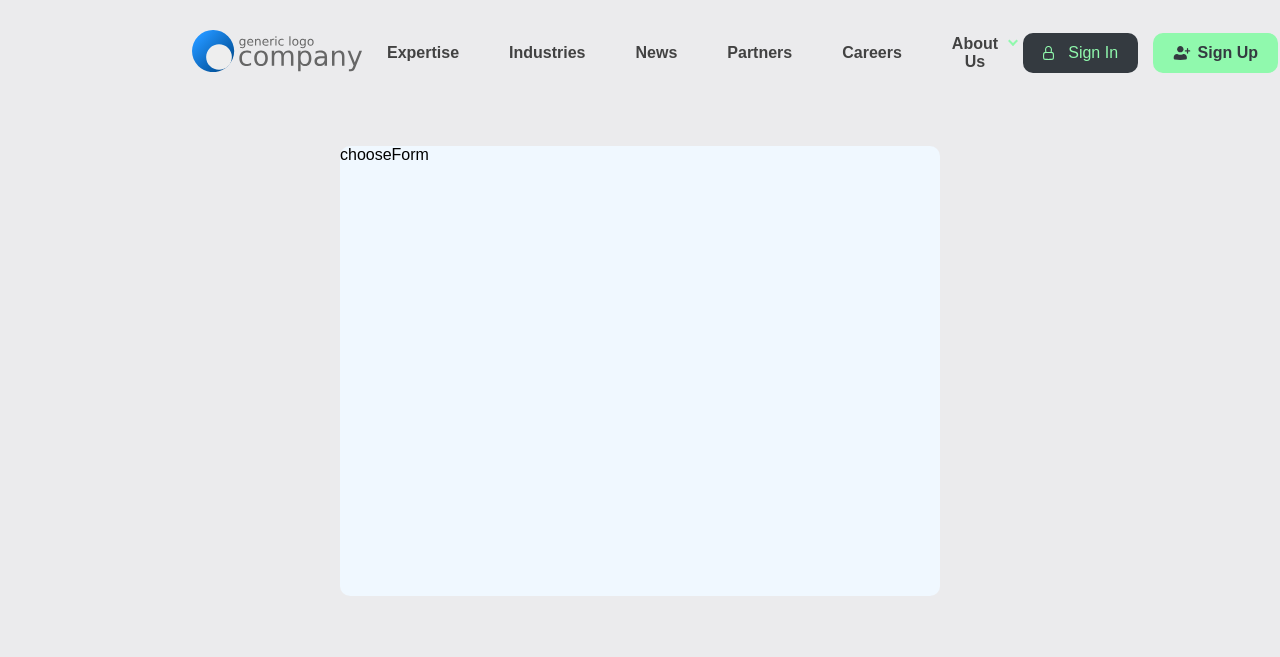
Repository: Andriy-Ma/widgetTask
Page: /
An editor plug-in stored every save of this project. The page is shown before and after the next save, followed by the edit.
The browser window is 1280 px wide. The pictures show the whole page.
Some web fonts or font styles are not loaded; a fallback is used. The project was rebuilt for these pictures with package versions that can differ from the ones it lists, and the page was loaded fresh each time.

Above is the page before, as saved 2022-08-29 18:43:36.

### public/index.html
<!DOCTYPE html>
<html lang="en">
  <head>
    <meta charset="utf-8" />
    <link rel="icon" href="%PUBLIC_URL%/favicon.ico" />
    <link rel="stylesheet" href="https://use.typekit.net/clw7fgu.css">
    <meta name="viewport" content="width=device-width, initial-scale=1" />
    <meta name="theme-color" content="#000000" />
    <meta
      name="description"
      content="Web site created using create-react-app"
    />
    <link rel="apple-touch-icon" href="%PUBLIC_URL%/logo192.png" />
    <!--
      manifest.json provides metadata used when your web app is installed on a
      user's mobile device or desktop. See https://developers.google.com/web/fundamentals/web-app-manifest/
    -->
    <link rel="manifest" href="%PUBLIC_URL%/manifest.json" />
    <!--
      Notice the use of %PUBLIC_URL% in the tags above.
      It will be replaced with the URL of the `public` folder during the build.
      Only files inside the `public` folder can be referenced from the HTML.

      Unlike "/favicon.ico" or "favicon.ico", "%PUBLIC_URL%/favicon.ico" will
      work correctly both with client-side routing and a non-root public URL.
      Learn how to configure a non-root public URL by running `npm run build`.
    -->
    <title>React App</title>
  </head>
  <body>
    <noscript>You need to enable JavaScript to run this app.</noscript>
    <div id="root"></div>
    <!--
      This HTML file is a template.
      If you open it directly in the browser, you will see an empty page.

      You can add webfonts, meta tags, or analytics to this file.
      The build step will place the bundled scripts into the <body> tag.

      To begin the development, run `npm start` or `yarn start`.
      To create a production bundle, use `npm run build` or `yarn build`.
    -->
  </body>
</html>

### src/index.css
* {
  box-sizing: border-box;
  margin: 0;
  padding: 0;
}
body {
  font-family: 'Poppins', sans-serif;
  background-color: #ebebed;
  -webkit-font-smoothing: antialiased;
  -moz-osx-font-smoothing: grayscale;
}

### src/App.js
import React from 'react';
import styles from './App.module.css';
import Header from './components/Header/header';
import MainBlock from './components/Main/main';

function App() {
  return (
    <div className={styles.container}>
      <Header/>
      <MainBlock/>
    </div>
  );
}

export default App;

### src/App.module.css
.container {
    display: block;
    align-items: center;
    justify-content: center;
    padding-left: 15%;
    padding-right: 15%;
}

### src/components/Header/header.jsx
import React from 'react';
import Icon from './logo-generic';
import {ReactComponent as Lock} from './lock.svg';
import {ReactComponent as SignUp} from './signup.svg';
import styles from './header.module.css';

function Header() {
  return (
    <div className={styles.header}>
        <div className={styles.logo}>
          <a href="#home">
            <Icon/>
          </a>
        </div>
        <div className={styles.middleOfHeader}>
          <a href="#expertise">Expertise</a>
          <a href="#industries">Industries</a>
          <a href="#news">News</a>
          <a href="#partners">Partners</a>
          <a href="#careers">Careers</a>
          <a href="#aboutus" className={styles.aboutUs}>About Us</a>
        </div>
        <div className={styles.buttonsHeader}>
          <div className={styles.signin}>
            <Lock/>
            <p>Sign In</p>
          </div>
          <div className={styles.signup}>
            <SignUp/>
            <p>Sign Up</p>
          </div>
        </div>
    </div>
  )
}

export default Header;

### src/components/Main/main.jsx
import React from 'react';
import ChooseForm from './ChooseForm/chooseForm';
import styles from './main.module.css';

function MainBlock() {
  return (
    <div className={styles.container}>
        <ChooseForm/>
    </div>
  )
}

export default MainBlock;

### src/components/Header/logo-generic.jsx
import React from "react";

function Icon() {
  return (
    <svg
      xmlns="http://www.w3.org/2000/svg"
      version="1.1"
      viewBox="0 0 1425.8 353.74"
    >
      <defs>
        <linearGradient
          id="linearGradient5311"
          x1="-467.57"
          x2="-469.87"
          y1="-68.973"
          y2="488.43"
          gradientUnits="userSpaceOnUse"
        >
          <stop offset="0" stopColor="#2294fe"></stop>
          <stop offset="1" stopColor="#014f96"></stop>
        </linearGradient>
      </defs>
      <g transform="translate(364.43 8.482)">
        <g>
          <g fill="#666" transform="translate(-14.426 -21.336)">
            <path d="M145.49 192.37v19.095c-5.773-3.182-11.583-5.55-17.43-7.105a64.331 64.331 0 00-17.541-2.443c-13.248 0-23.536 4.22-30.863 12.657-7.327 8.363-10.991 20.13-10.991 35.304 0 15.172 3.663 26.977 10.991 35.415 7.327 8.363 17.615 12.545 30.863 12.545 5.92 0 11.768-.778 17.541-2.332 5.847-1.628 11.657-4.033 17.43-7.216v18.873a83.693 83.693 0 01-17.763 5.995c-6.07 1.332-12.545 1.998-19.428 1.998-18.725 0-33.601-5.884-44.629-17.652s-16.542-27.643-16.542-47.627c0-20.279 5.55-36.229 16.653-47.849 11.176-11.62 26.459-17.43 45.85-17.43 6.29 0 12.434.666 18.429 1.999a81.647 81.647 0 0117.43 5.772"></path>
            <path d="M228.98 201.92c-10.954 0-19.613 4.293-25.978 12.878-6.365 8.511-9.548 20.205-9.548 35.082 0 14.876 3.146 26.607 9.437 35.193 6.365 8.511 15.061 12.767 26.089 12.767 10.88 0 19.502-4.293 25.867-12.878 6.365-8.585 9.547-20.279 9.547-35.082 0-14.728-3.182-26.385-9.547-34.971-6.365-8.66-14.987-12.989-25.867-12.989m0-17.319c17.763 0 31.714 5.773 41.854 17.319s15.209 27.532 15.209 47.96c0 20.353-5.07 36.34-15.209 47.96-10.14 11.546-24.091 17.319-41.854 17.319-17.837 0-31.825-5.773-41.965-17.319-10.066-11.62-15.098-27.606-15.098-47.96 0-20.427 5.033-36.414 15.098-47.96 10.14-11.546 24.128-17.319 41.965-17.319"></path>
            <path d="M416.6 211.46c5.107-9.177 11.213-15.949 18.318-20.316 7.105-4.367 15.468-6.55 25.09-6.55 12.952 0 22.943 4.552 29.975 13.655 7.03 9.03 10.546 21.908 10.547 38.634v75.048h-20.538v-74.382c0-11.916-2.11-20.76-6.328-26.533-4.219-5.773-10.658-8.66-19.317-8.66-10.584 0-18.947 3.516-25.09 10.548-6.143 7.03-9.215 16.616-9.214 28.754v70.274h-20.538V237.55c0-11.99-2.11-20.834-6.328-26.533-4.22-5.773-10.732-8.66-19.54-8.66-10.435 0-18.724 3.553-24.867 10.658-6.143 7.031-9.215 16.58-9.215 28.643v70.274h-20.538v-124.34h20.538v19.317c4.663-7.623 10.251-13.248 16.764-16.875 6.513-3.626 14.247-5.44 23.203-5.44 9.03 0 16.69 2.295 22.981 6.883 6.365 4.59 11.065 11.25 14.099 19.983"></path>
            <path d="M560.7 293.28v65.945h-20.538v-171.63H560.7v18.873c4.293-7.401 9.695-12.878 16.209-16.431 6.587-3.627 14.432-5.44 23.536-5.44 15.098 0 27.347 5.995 36.747 17.985 9.473 11.99 14.21 27.755 14.21 47.294 0 19.54-4.737 35.304-14.21 47.294-9.4 11.99-21.649 17.985-36.747 17.985-9.104 0-16.949-1.776-23.536-5.329-6.513-3.626-11.916-9.14-16.209-16.542m69.497-43.408c0-15.024-3.109-26.792-9.326-35.304-6.143-8.585-14.617-12.878-25.423-12.878-10.806 0-19.317 4.293-25.534 12.878-6.143 8.512-9.214 20.28-9.214 35.304 0 15.024 3.071 26.83 9.214 35.415 6.217 8.512 14.728 12.767 25.534 12.767s19.28-4.255 25.423-12.767c6.217-8.585 9.326-20.39 9.326-35.415"></path>
            <path d="M741.77 249.43c-16.505 0-27.94 1.887-34.304 5.662-6.365 3.775-9.548 10.214-9.547 19.317 0 7.253 2.368 13.026 7.105 17.319 4.81 4.219 11.324 6.328 19.539 6.328 11.324 0 20.39-3.997 27.199-11.99 6.883-8.067 10.325-18.762 10.325-32.084v-4.552H741.77m40.744-8.437v70.94h-20.427V293.06c-4.663 7.549-10.473 13.137-17.43 16.764-6.958 3.552-15.47 5.329-25.534 5.329-12.73 0-22.87-3.553-30.42-10.658-7.475-7.18-11.212-16.764-11.212-28.754 0-13.988 4.662-24.535 13.988-31.64 9.4-7.106 23.388-10.658 41.965-10.658h28.643v-1.999c0-9.4-3.109-16.653-9.326-21.759-6.143-5.18-14.802-7.77-25.978-7.77-7.105 0-14.025.85-20.76 2.552-6.735 1.703-13.21 4.256-19.428 7.66v-18.872c7.475-2.887 14.728-5.033 21.76-6.44 7.03-1.48 13.876-2.22 20.537-2.22 17.985 0 31.418 4.663 40.3 13.988 8.88 9.326 13.321 23.462 13.321 42.41"></path>
            <path d="M928.5 236.89v75.048h-20.427v-74.382c0-11.768-2.295-20.575-6.883-26.422-4.589-5.847-11.472-8.77-20.65-8.77-11.027 0-19.723 3.515-26.088 10.547-6.365 7.03-9.548 16.616-9.548 28.754v70.274h-20.538v-124.34h20.538v19.317c4.885-7.476 10.621-13.063 17.208-16.764 6.661-3.7 14.321-5.551 22.981-5.551 14.284 0 25.09 4.44 32.417 13.322 7.327 8.807 10.991 21.797 10.991 38.967"></path>
            <path d="M1021.2 323.48c-5.773 14.802-11.398 24.461-16.875 28.976-5.477 4.515-12.804 6.772-21.981 6.772h-16.32v-17.097h11.99c5.625 0 9.992-1.332 13.1-3.996s6.55-8.956 10.325-18.873l3.664-9.326-50.291-122.34h21.648l38.856 97.252 38.856-97.252h21.648l-54.621 135.89"></path>
          </g>
          <g fill="#666" transform="translate(-416.34 -21.336)">
            <path d="M489.95 115.06c0-6.675-1.385-11.848-4.155-15.519-2.737-3.671-6.592-5.507-11.564-5.507-4.94 0-8.794 1.836-11.564 5.507-2.737 3.671-4.105 8.844-4.105 15.519 0 6.642 1.368 11.798 4.105 15.469 2.77 3.671 6.625 5.507 11.564 5.507 4.973 0 8.827-1.836 11.564-5.507 2.77-3.671 4.155-8.828 4.155-15.469m9.211 21.727c0 9.545-2.119 16.637-6.357 21.276-4.24 4.672-10.73 7.009-19.474 7.009-3.238 0-6.292-.25-9.162-.751a44.69 44.69 0 01-8.36-2.203v-8.961c2.703 1.468 5.373 2.553 8.01 3.254 2.636.7 5.323 1.051 8.06 1.051 6.04 0 10.563-1.585 13.567-4.756 3.004-3.137 4.505-7.893 4.505-14.268v-4.555c-1.902 3.304-4.338 5.774-7.309 7.409-2.97 1.635-6.524 2.453-10.663 2.453-6.875 0-12.415-2.62-16.62-7.86-4.206-5.24-6.308-12.182-6.308-20.826 0-8.677 2.102-15.636 6.307-20.876 4.206-5.24 9.746-7.86 16.621-7.86 4.139 0 7.693.818 10.663 2.454 2.97 1.635 5.407 4.105 7.31 7.409v-8.51h9.21v49.11"></path>
            <path d="M566.09 113.41v4.506h-42.352c.4 6.34 2.303 11.18 5.707 14.518 3.438 3.304 8.21 4.956 14.318 4.956 3.538 0 6.959-.434 10.263-1.302 3.337-.868 6.642-2.17 9.912-3.905v8.711a55.24 55.24 0 01-10.163 3.204 50.9 50.9 0 01-10.563 1.102c-8.944 0-16.037-2.604-21.276-7.81-5.206-5.207-7.81-12.248-7.81-21.126 0-9.178 2.47-16.454 7.41-21.827 4.973-5.407 11.664-8.11 20.075-8.11 7.542 0 13.5 2.436 17.872 7.309 4.405 4.84 6.608 11.43 6.608 19.774m-9.211-2.703c-.067-5.04-1.486-9.062-4.256-12.065-2.736-3.004-6.374-4.506-10.914-4.506-5.14 0-9.261 1.452-12.365 4.355-3.07 2.904-4.839 6.992-5.306 12.265l32.84-.05"></path>
            <path d="M627.62 109.9v33.842h-9.211v-33.541c0-5.306-1.035-9.278-3.104-11.915-2.07-2.636-5.173-3.955-9.312-3.955-4.973 0-8.894 1.585-11.765 4.756-2.87 3.17-4.305 7.493-4.305 12.966v31.689h-9.261V87.673h9.261v8.71c2.203-3.37 4.79-5.89 7.76-7.558 3.003-1.67 6.458-2.503 10.363-2.504 6.44 0 11.314 2.003 14.618 6.008 3.304 3.971 4.956 9.829 4.956 17.572"></path>
            <path d="M694.05 113.41v4.506h-42.352c.4 6.34 2.303 11.18 5.707 14.518 3.438 3.304 8.21 4.956 14.318 4.956 3.538 0 6.959-.434 10.263-1.302 3.337-.868 6.642-2.17 9.912-3.905v8.711a55.24 55.24 0 01-10.163 3.204 50.9 50.9 0 01-10.563 1.102c-8.944 0-16.037-2.604-21.276-7.81-5.206-5.207-7.81-12.248-7.81-21.126 0-9.178 2.47-16.454 7.41-21.827 4.973-5.407 11.664-8.11 20.075-8.11 7.543 0 13.5 2.436 17.872 7.309 4.405 4.84 6.608 11.43 6.608 19.774m-9.211-2.703c-.067-5.04-1.486-9.062-4.256-12.065-2.736-3.004-6.374-4.506-10.913-4.506-5.14 0-9.261 1.452-12.365 4.355-3.07 2.904-4.839 6.992-5.306 12.265l32.84-.05"></path>
            <path d="M741.46 96.286a11.624 11.624 0 00-3.404-1.302c-1.202-.3-2.537-.45-4.005-.45-5.207 0-9.212 1.702-12.015 5.106-2.77 3.371-4.155 8.227-4.155 14.568v29.537h-9.262V87.676h9.262v8.71c1.935-3.403 4.455-5.923 7.56-7.558 3.103-1.67 6.874-2.503 11.313-2.503.634 0 1.335.05 2.103.15.767.067 1.618.183 2.553.35l.05 9.462"></path>
            <path d="M751.22 87.676h9.211v56.069h-9.211V87.676m0-21.827h9.211v11.664h-9.211V65.849"></path>
            <path d="M820.01 89.828v8.61c-2.603-1.434-5.223-2.502-7.86-3.203a29.012 29.012 0 00-7.91-1.102c-5.974 0-10.613 1.903-13.917 5.707-3.304 3.772-4.956 9.078-4.956 15.92 0 6.842 1.652 12.165 4.957 15.97 3.304 3.772 7.943 5.657 13.917 5.657 2.67 0 5.306-.35 7.91-1.051 2.636-.734 5.256-1.819 7.859-3.254v8.51a37.736 37.736 0 01-8.01 2.704c-2.737.6-5.657.9-8.76.9-8.445 0-15.153-2.652-20.126-7.959-4.973-5.306-7.459-12.465-7.459-21.477 0-9.144 2.503-16.337 7.51-21.577 5.039-5.24 11.93-7.86 20.675-7.86 2.837 0 5.607.3 8.31.902a36.82 36.82 0 017.86 2.603"></path>
            <path d="M868.57 65.849h9.211v77.896h-9.211V65.849"></path>
            <path d="M918.73 94.134c-4.94 0-8.844 1.936-11.714 5.807-2.87 3.838-4.305 9.111-4.305 15.82s1.418 11.998 4.255 15.87c2.87 3.838 6.792 5.757 11.765 5.757 4.906 0 8.794-1.935 11.664-5.807 2.87-3.871 4.305-9.144 4.305-15.82 0-6.641-1.435-11.898-4.305-15.769-2.87-3.905-6.758-5.857-11.664-5.857m0-7.81c8.01 0 14.301 2.604 18.873 7.81 4.572 5.206 6.858 12.415 6.859 21.627 0 9.178-2.287 16.387-6.859 21.627-4.572 5.206-10.863 7.81-18.873 7.81-8.043 0-14.351-2.604-18.923-7.81-4.539-5.24-6.808-12.45-6.808-21.627 0-9.211 2.27-16.42 6.808-21.627 4.572-5.206 10.88-7.81 18.923-7.81"></path>
            <path d="M996.58 115.06c0-6.675-1.385-11.848-4.155-15.519-2.737-3.671-6.592-5.507-11.564-5.507-4.94 0-8.794 1.836-11.564 5.507-2.737 3.671-4.105 8.844-4.105 15.519 0 6.642 1.368 11.798 4.105 15.469 2.77 3.671 6.625 5.507 11.564 5.507 4.973 0 8.828-1.836 11.564-5.507 2.77-3.671 4.155-8.828 4.155-15.469m9.211 21.727c0 9.545-2.119 16.637-6.357 21.276-4.24 4.672-10.73 7.009-19.474 7.009-3.238 0-6.292-.25-9.162-.751a44.69 44.69 0 01-8.36-2.203v-8.961c2.703 1.468 5.373 2.553 8.01 3.254 2.636.7 5.323 1.051 8.06 1.051 6.04 0 10.563-1.585 13.567-4.756 3.003-3.137 4.505-7.893 4.505-14.268v-4.555c-1.902 3.304-4.338 5.774-7.309 7.409-2.97 1.635-6.524 2.453-10.663 2.453-6.875 0-12.415-2.62-16.62-7.86-4.206-5.24-6.308-12.182-6.308-20.826 0-8.677 2.102-15.636 6.307-20.876 4.206-5.24 9.746-7.86 16.621-7.86 4.139 0 7.693.818 10.663 2.454 2.97 1.635 5.407 4.105 7.31 7.409v-8.51h9.21v49.11"></path>
            <path d="M1046.5 94.134c-4.94 0-8.844 1.936-11.714 5.807-2.87 3.838-4.305 9.111-4.305 15.82s1.418 11.998 4.255 15.87c2.87 3.838 6.792 5.757 11.765 5.757 4.906 0 8.794-1.935 11.664-5.807 2.87-3.871 4.305-9.144 4.305-15.82 0-6.641-1.435-11.898-4.305-15.769-2.87-3.905-6.758-5.857-11.664-5.857m0-7.81c8.01 0 14.3 2.604 18.873 7.81 4.572 5.206 6.858 12.415 6.858 21.627 0 9.178-2.286 16.387-6.858 21.627-4.572 5.206-10.864 7.81-18.873 7.81-8.043 0-14.351-2.604-18.924-7.81-4.539-5.24-6.808-12.45-6.808-21.627 0-9.211 2.269-16.42 6.808-21.627 4.572-5.206 10.88-7.81 18.924-7.81"></path>
          </g>
          <g transform="rotate(-45 269.773 885.347) scale(.61927)">
            <path
              fill="url(#linearGradient5311)"
              d="M-184.26 202.82c0 157.74-127.87 285.61-285.61 285.61s-285.61-127.87-285.61-285.61S-627.61-82.79-469.87-82.79s285.61 127.87 285.61 285.61z"
              transform="translate(1202 -114.01)"
            ></path>
            <path
              fill="#eee"
              d="M-184.26 202.82c0 157.74-127.87 285.61-285.61 285.61s-285.61-127.87-285.61-285.61S-627.61-82.79-469.87-82.79s285.61 127.87 285.61 285.61z"
              transform="translate(1018.2 79.03) scale(.60887)"
            ></path>
          </g>
        </g>
      </g>
    </svg>
  );
}

export default Icon;

### src/components/Header/header.module.css
.logo {
    display: block;
    min-width: 170px;
}
.header {
    display: flex;
    justify-content: space-between;
    align-items: center;
    padding-top: 30px;
    min-width: 1000px;
}
.middleOfHeader {
    display: flex;
    justify-content: space-between;
    align-items: center;
    text-decoration: none;
}
.middleOfHeader a {
    display: block;
    color: #424242;
    text-align: center;
    padding: 0px 25px;
    text-decoration: none;
    font-size: 16px;
    font-weight: 600;
}
.aboutUs{
    position: relative;
}
.aboutUs::after{
    content: '';
    border-left: 2px solid #90F9AD;
    border-top: 2px solid #90F9AD;
    width: 5px;
    height: 5px;
    float: right;
    transform: translate(50%, -50%) rotate(-135deg);
    position: absolute;
    top: 6px;
    right: 10px;
}
.buttonsHeader {
    display: flex;
    justify-content: space-between;
    align-items: center;
}
.buttonsHeader:hover {
    cursor: pointer;
}
.signin {
    display: flex;
    justify-content: space-between;
    align-items: center;
    color: #90F9AD;
    background-color: #343A40;
    font-weight: 500;
    padding: 0px 20px;
    border-radius: 10px;
    width: 115px;
    height: 40px;
    margin-right: 15px;
}
.signup {
    display: flex;
    justify-content: space-between;
    align-items: center;
    color: #343A40;
    background-color: #90F9AD;
    font-weight: 600;
    padding: 0px 20px;
    border-radius: 10px;
    width: 125px;
    height: 40px;
}

### src/components/Main/ChooseForm/chooseForm.jsx
import React from 'react';
import styles from './chooseForm.module.css';

function ChooseForm() {
  return (
    <div className={styles.form}>chooseForm</div>
  )
}

export default ChooseForm;

### src/components/Main/main.module.css
.container{
    width: 100%;
    display: flex;
    justify-content: center;
}

### src/components/Main/ChooseForm/chooseForm.module.css
.form{
    width: 600px;
    height: 450px;
    background-color: aliceblue;
    margin-top: 70px;
    border-radius: 10px;
}

Loaded but not shown: src/index.js (common file)

After the next save:
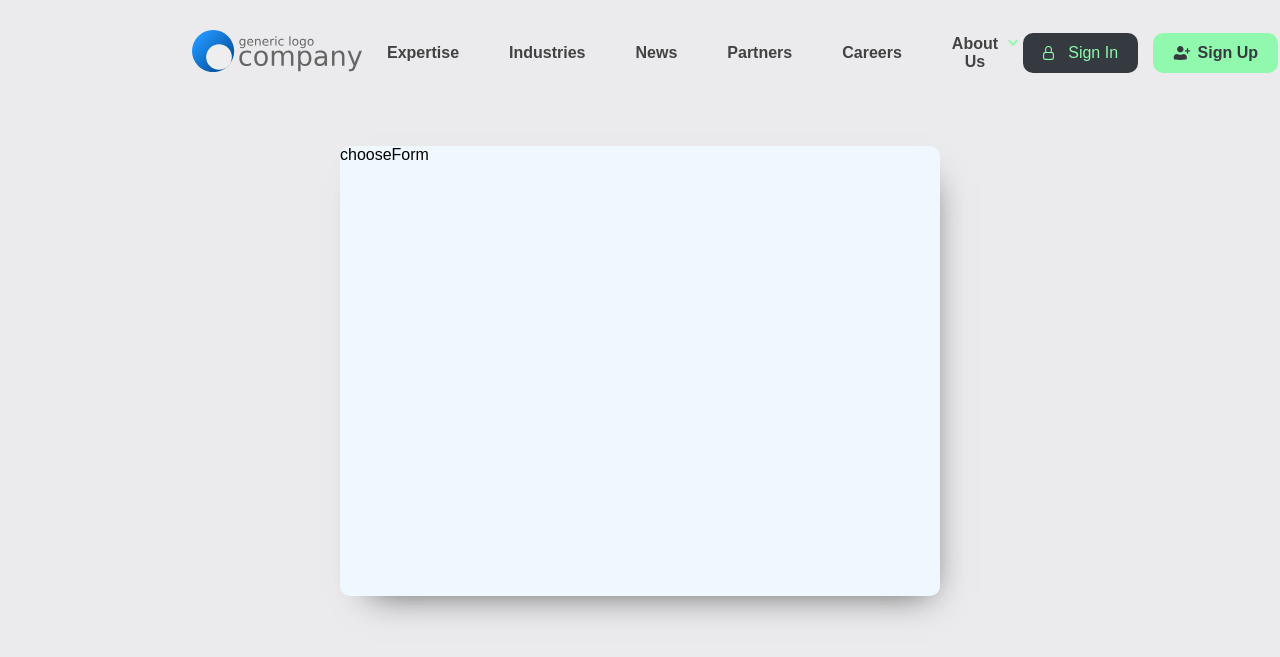
Saved 105 s later.
--- a/src/components/Main/ChooseForm/chooseForm.module.css
+++ b/src/components/Main/ChooseForm/chooseForm.module.css
@@ -4,4 +4,5 @@
     background-color: aliceblue;
     margin-top: 70px;
     border-radius: 10px;
+    box-shadow: 10px 17px 34px -20px rgba(0,0,0,0.65);
 }
